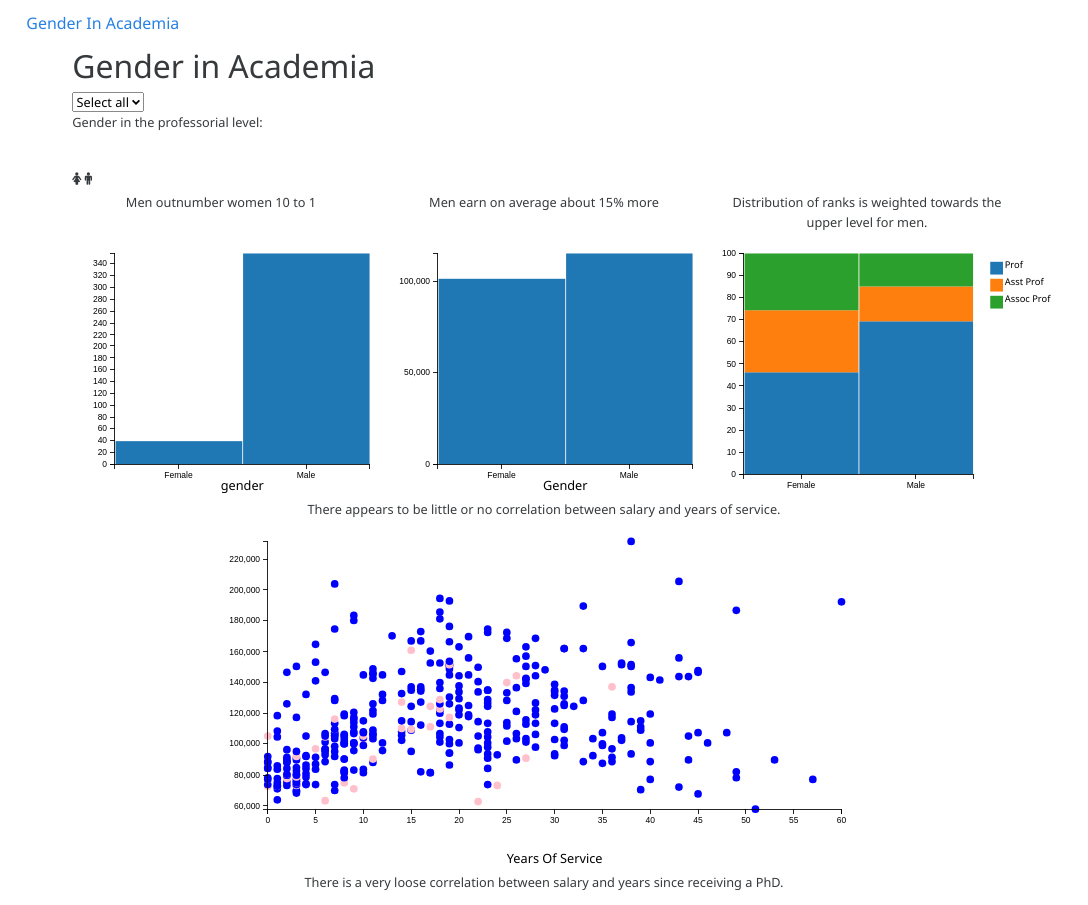
Repository: NeiloErnesto89/Crossfilter_JS_GenderInAcademiaGraphs
Page: index.html
The author's editor kept a record of every edit. The page is drawn from the files as they stood at one moment, then again after the next edit.
The browser window is 1280 px wide. The pictures show the whole page, at 85% of full size.

Above is the page before.

### index.html
<!DOCTYPE html>
<html lang="en">
<head>
    <meta charset="UTF-8">
    <meta name="viewport" content="width=device-width, initial-scale=1.0">
    <meta http-equiv="X-UA-Compatible" content="ie=edge">
    <title>Gender In Academia</title>

    <link rel="stylesheet" href="static/css/bootstrap.min.css" type="text/css" />
    <link rel="stylesheet" href="static/css/dc.min.css" type="text/css" />
     <link rel="stylesheet" type="text/css" href="https://maxcdn.bootstrapcdn.com/font-awesome/4.7.0/css/font-awesome.min.css">
    <link rel="stylesheet" href="static/css/style.css" type="text/css" /> <!-- after predefine bs as we want our own files to overrride others -->

    <script type="text/javascript" src="static/js/d3.min.js"></script>
    <script type="text/javascript" src="static/js/crossfilter.min.js"></script>
    <script type="text/javascript" src="static/js/dc.min.js"></script>
    <script type="text/javascript" src="static/js/queue.min.js"></script>
    <script type="text/javascript" src="static/js/graph.js"></script>


</head>
<body>
 <nav class="navbar navbar-default">
      <div class="container-fluid">
        <div class="navbar-header">
          <a class="navbar-brand" href="#">Gender In Academia</a>
        </div>
    </div>
    </nav>

<main>
      <section class="section">
        <div class="container">

          <div class="row">
            <div class="col-xs-12 col-sm-12">
              <h1 class="section-heading">Gender in Academia</h1>
              <div id="discipline-selector"></div>
            </div>
          </div>

          <div class="row">
                    <div class="col-xs-12 col-sm-12">
                        <p class="section-paragraph">Gender in the professorial level:</p>
                    </div>

            <div class="col-xs-12 col-sm-6 col-lg-6">
                <i class="fa fa-female fa-gender" aria-hidden="true"></i> <span class="number-box" id="percent-of-women-professors"></span>
                <i class="fa fa-male fa-gender" aria-hidden="true"></i> <span class="number-box" id="percent-of-men-professors"></span>
            </div>
          </div>
        </div>
    </section>


      <section class="section">
        <div class="container">

          <div class="row">
            <div class="col-xs-12 col-sm-4 text-center">
              <p class="section-paragraph">Men outnumber women 10 to 1</p>
              </div>
              <div class="col-xs-12 col-sm-4 text-center">
                <p class="section-paragraph">Men earn on average about 15% more</p>
              </div>
              <div class="col-xs-12 col-sm-4 text-center">
                            <p class="section-paragraph">Distribution of ranks is weighted towards the upper level for men.</p>
                        </div>
            </div>

            <div class="row">
              <div class="col-xs-12 col-sm-4 text-center" id="gender-balance" class="custom-chart"></div>
              <div class="col-xs-12 col-sm-4 text-center" id="average-salary" class="custom-chart"></div>
              <div class="col-xs-12 col-sm-4 text-center" id="rank-distribution" class="custom-chart"></div>
            </div>
          </div>
        </section>

        <section class="section">
          <div class="container">

            <div class="row">
              <div class="col-xs-12 col-sm-12 text-center">
                <p class="section-paragraph">There appears to be little or no correlation between salary and years of service.</p>
            </div>

            <div class="col-xs-12 col-sm-12 text-center" id="service-salary">

            </div>
          </div>
        </div>
      </section>

      <section class="section">
        <div class="container">

          <div class="row">
            <div class="col-xs-12 col-sm-12 text-center">
              <p class="section-paragraph">There is a very loose correlation between salary and years since receiving a PhD.</p>
            </div>

            <div class="col-xs-12 col-sm-12 text-center" id="phd-salary"></div>
          </div>

        </div>
      </section>
    </main>
</body>
</html>

### static/css/style.css
.number-box {
    font-size: 42px;
    text-align: center;
    line-height: normal;
}

### static/js/graph.js
queue()
    .defer(d3.csv, "data/Salaries.csv ") // 2 arguments, format of data (1) and path to data (2)
    .await(makeGraphs);

function makeGraphs(error, salaryData) { // 2 arugments, 1st var is error, 2nd is var that data will be passed into queue js
    var ndx = crossfilter(salaryData);

    salaryData.forEach(function(d) {
        d.salary = parseInt(d.salary);
        d.yrs_service = parseInt(d["yrs.service"]); /* alreadt has . notation in file*/
    })

    show_discipline_selector(ndx);

    show_percent_that_are_professors(ndx, "Female", "#percentage-of-women-professors");
    show_percent_that_are_professors(ndx, "Male", "#percentage-of-men-professors");

    show_gender_balance(ndx);
    show_average_salary(ndx);
    show_rank_distribution(ndx);

    show_service_to_salary_correlation(ndx);

    dc.renderAll();

}


function show_discipline_selector(ndx) {
    var dim = ndx.dimension(dc.pluck('discipline'));
    var group = dim.group();

    dc.selectMenu("#discipline-selector")
        .dimension(dim)
        .group(group);
}

function show_percent_that_are_professors(ndx, gender, element) {
var percentageThatAreProf = ndx.groupAll().reduce(
    function (p, v) {
        if (v.sex === gender) { //new argument from ndx
             p.count++;
                if (v.rank === "Prof") {
                    p.are_prof++;
                }
        }
        return p;
    },

    function (p, v) {
            if (v.sex === gender) {
             p.count--;
                if (v.rank === "Prof") {
                    p.are_prof--;
                }
        }
        return p;
    },

    function () {
       return {count: 0, are_prof: 0};
    }
    );

    dc.numberDisplay(element) // formerly "#percentage-of-women-professors"
        .formatNumber(d3.format(".2% "))
        .valueAccessor(function(d) {
            if (d.count == 0) {
                return 0;
            } else {
                return (d.are_prof / d.count);
            }
        })
        .group(percentageThatAreProf);
}

function show_gender_balance(ndx) {
    var dim = ndx.dimension(dc.pluck("sex"));
    var group = dim.group(); // no reduce as we just count the rows

    dc.barChart('#gender-balance')
    .width(400)
    .height(300)
    .margins({top: 10, right: 50, bottom: 30, left: 50})
    .dimension(dim)
    .group(group)
    .transitionDuration(500)
    .x(d3.scale.ordinal())
    .xUnits(dc.units.ordinal)
   // .elasticY(true)
    .xAxisLabel("gender")
    .yAxis().ticks(20);

}

function show_average_salary(ndx) {
    var dim = ndx.dimension(dc.pluck('sex'));

    function add_item(p, v) {
        p.count++;
        p.total += v.salary;
        p.average = p.total / p.count;
        return p;
    }

    function remove_item(p, v) {
        p.count--;
        if(p.count == 0) {
            p.total = 0;
            p.average = 0;
        } else {
            p.total -= v.salary;
            p.average = p.total / p.count;
        }
        return p;
    }

    function initialise() {
        return {count: 0, total: 0, average: 0};
    }

    var averageSalaryByGender = dim.group().reduce(add_item, remove_item, initialise);


    dc.barChart('#average-salary')
    .width(400)
    .height(300)
    .margins({top: 10, right: 50, bottom: 30, left: 50})
    .dimension(dim)
    .group(averageSalaryByGender)
    .valueAccessor(function (d){
        return d.value.average.toFixed(2);
        })
        .transitionDuration(500)
    .x(d3.scale.ordinal())
    .xUnits(dc.units.ordinal)
    .elasticY(true)
    .xAxisLabel("Gender")
    .yAxis().ticks(4);
}

function show_rank_distribution(ndx) {

 //   var  dim = ndx.dimension(dc.pluck('sex'));

/*    var profByGender = dim.group().reduce(
        function (p, v) {
            p.total++;
            if(v.rank == rank) {
                p.match++;
            }
            return p;
        },
        function (p, v) {
            p.total--;
            if(v.rank == rank) {
                p.match--;
            }
            return p;
        },
        function () {
            return {total: 0, match: 0};
        }
    );
*/
    function rankByGender (dimension, rank) {
        return dimension.group().reduce(
            function (p, v) {
                p.total++;
                if(v.rank == rank) {
                    p.match++;
                }
                return p;
            },
            function (p, v) {
                p.total--;
                if(v.rank == rank) {
                    p.match--;
                }
                return p;
            },
            function () {
                return {total: 0, match: 0};
            }
        );
    }

    var  dim = ndx.dimension(dc.pluck('sex'));
    var profByGender = rankByGender(dim, "Prof");
    var asstProfByGender = rankByGender(dim, "AsstProf");
    var assocProfByGender = rankByGender(dim, "AssocProf");

    //  console.log(profByGender.all());

    dc.barChart("#rank-distribution")
        .width(400)
        .height(300)
        .dimension(dim)
        .group(profByGender, "Prof")
        .stack(asstProfByGender, "Asst Prof")
        .stack(assocProfByGender, "Assoc Prof")
        .valueAccessor(function(d) {
            if(d.value.total > 0) {
                return (d.value.match / d.value.total) * 100; // to get % of match
            } else {
                return 0;
            }
        })
        .x(d3.scale.ordinal())
        .xUnits(dc.units.ordinal)
        .legend(dc.legend().x(320).y(20).itemHeight(15).gap(5))
        .margins({top: 10, right: 100, bottom: 30, left: 30});


}

function show_service_to_salary_correlation(ndx) {

    var genderColors = d3.scale.ordinal()
        .domain(["Female", "Male"])
        .range(["pink", "blue"]) // domain and range need to have same amounts as the correlate

    var eDim = ndx.dimension(dc.pluck("yrs_service"));
    var experienceDim = ndx.dimension(function(d) {
        return [d.yrs_service, d.salary, d.rank, d.sex];
    });
    var experienceSalaryGroup = experienceDim.group();

    var minExperience = eDim.bottom(1)[0].yrs_service;
    var maxExperience = eDim.top(1)[0].yrs_service;

    dc.scatterPlot("#service-salary")
        .width(800)
        .height(400)
        .x(d3.scale.linear().domain([minExperience, maxExperience]))
        .brushOn(false)
        .symbolSize(8)
        .clipPadding(10)

        .xAxisLabel("Years Of Service")
        .title(function(d) {
            return d.key[2] + " earned " + d.key[1];
        })
        .colorAccessor(function(d) {
            return d.key[3];
        })
        .colors(genderColors)
        .dimension(experienceDim)
        .group(experienceSalaryGroup)
        .margins({top: 10, right: 50, bottom: 75, left: 75});
}

Loaded but not shown: static/css/bootstrap.min.css (library); static/css/dc.min.css (library); static/js/d3.min.js (library); static/js/crossfilter.min.js (library); static/js/dc.min.js (library); static/js/queue.min.js (common file)

After the next edit:
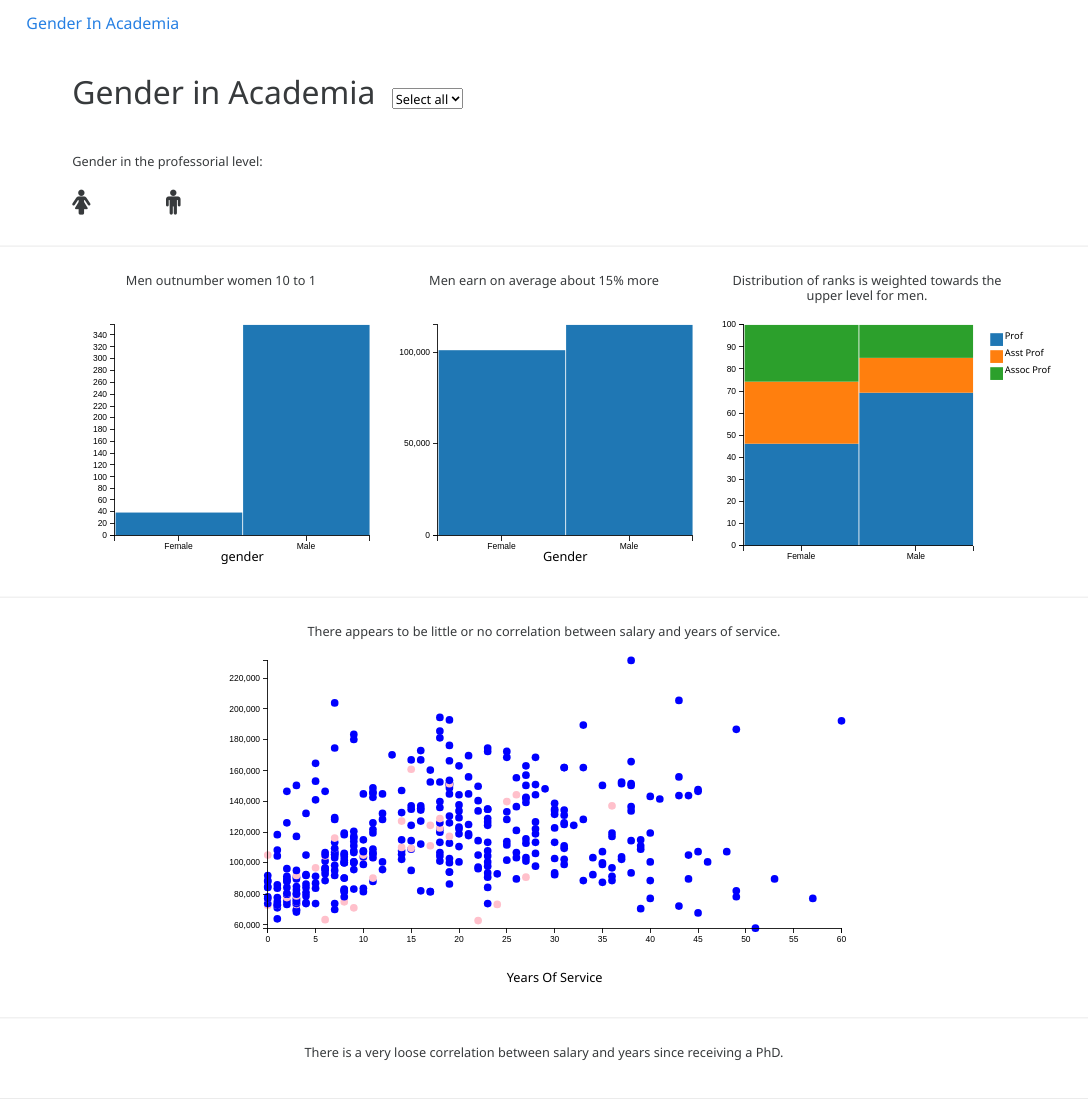
The edit:
--- a/static/css/style.css
+++ b/static/css/style.css
@@ -1,5 +1,44 @@
+.navbar-default {
+	background-image: none;
+	margin-bottom: 0;
+}
+
+.section-heading, #discipline-selector {
+	display: inline-block;
+	float: none;
+	margin: 0;
+}
+
+.section-heading {
+	margin-bottom: 50px;
+}
+
+#discipline-selector {
+	margin-left: 15px;
+}
+
 .number-box {
-    font-size: 42px;
-    text-align: center;
-    line-height: normal;
+	margin-right: 75px;
 }
+
+.number-box, .fa.fa-gender {
+    font-size: 30px;
+    font-weight: 500;
+}
+
+.fa-gender {
+	margin-right: 10px;
+}
+
+.custom-chart {
+	margin-bottom: 40px;
+}
+
+.section {
+	border-bottom: 1px solid #e6e6e6;
+	padding: 30px 0;
+}
+
+.section-paragraph {
+	line-height: 1.2;
+}
